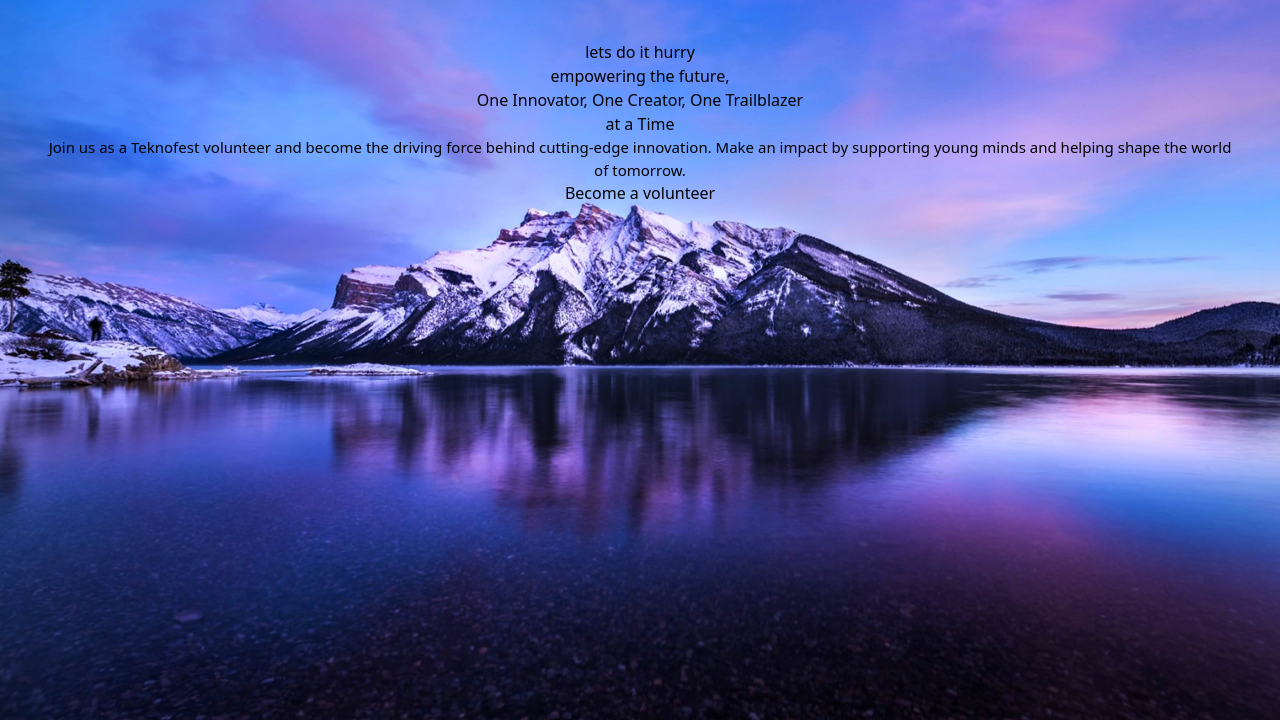
Repository: ManaheelJamil/TechnoFest-competetion
Page: /
The author's editor kept a copy of each file at every save. The page is drawn from the files as they stood at one save, then again after the next save.
The browser window is 1280 px wide. The pictures show the whole page.
The project was rebuilt for these pictures with package versions that can differ from the ones it lists, and the page was loaded fresh each time. The framework's server and built-in components were replaced by stand-ins that run in the browser. Also part of the build but not shown: next.config.mjs.

Above is the page before, as saved 2024-10-13 13:15:51.

### app/layout.js
import localFont from "next/font/local";
import "./globals.css";
const geistSans = localFont({
  src: "./fonts/GeistVF.woff",
  variable: "--font-geist-sans",
  weight: "100 900",
});
const geistMono = localFont({
  src: "./fonts/GeistMonoVF.woff",
  variable: "--font-geist-mono",
  weight: "100 900",
});

export const metadata = {
  title: "Create Next App",
  description: "Generated by create next app",
};

export default function RootLayout({ children }) {
  return (
    <html lang="en">
      <body
        className={`${geistSans.variable} ${geistMono.variable} antialiased`}
      >

        {children}

      </body>
    </html>
  );
}

### app/page.js
import Irtizatask from "./compoenent/irtizatask";
export default function Home() {
  return (
    <div>
      <Irtizatask/>
    </div>
  );
}

### app/globals.css
@tailwind base;
@tailwind components;
@tailwind utilities;
.banner{
    background-image: url('/taskimage.jpg');
    background-position: center;
    background-size: cover;
    background-repeat: no-repeat;
    width: 100%;
    height: 100vh;
}

### app/compoenent/irtizatask.js
import React from 'react'

const Irtizatask = () => {
  return (
    <div className='flex justify-center  w-full h-100vh banner' >

        <div className='flex flex-col justify-items-center text-center items-center m-10'  >
        <p className=''>
            lets do it hurry
        </p>
        <p>
            empowering the future,
            <p>
            One Innovator, One Creator, One Trailblazer
            </p>
            at a Time
        </p>

            <p className='text-[15px]'>
            Join us as a Teknofest volunteer and become the driving force behind cutting-edge innovation. Make an impact by supporting young minds and helping shape the world of tomorrow.
            </p>
            <button>
                Become a volunteer
            </button>
            </div>

    </div>
  )
}

export default Irtizatask

Loaded but not shown: tailwind.config.js (common file)

After the next save:
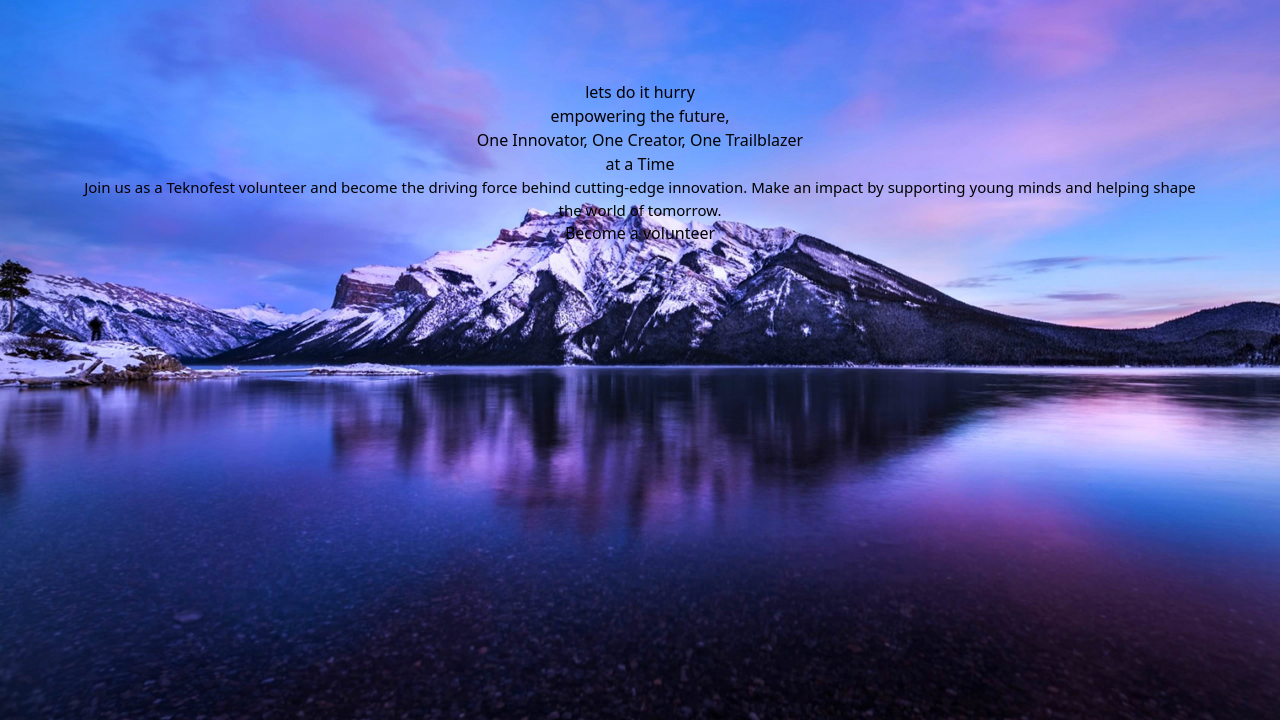
Saved 5 s later.
--- a/app/compoenent/irtizatask.js
+++ b/app/compoenent/irtizatask.js
@@ -4,7 +4,7 @@ const Irtizatask = () => {
   return (
     <div className='flex justify-center  w-full h-100vh banner' >
 
-        <div className='flex flex-col justify-items-center text-center items-center m-10'  >
+        <div className='flex flex-col justify-items-center text-center items-center m-20'  >
         <p className=''>
             lets do it hurry
         </p>
